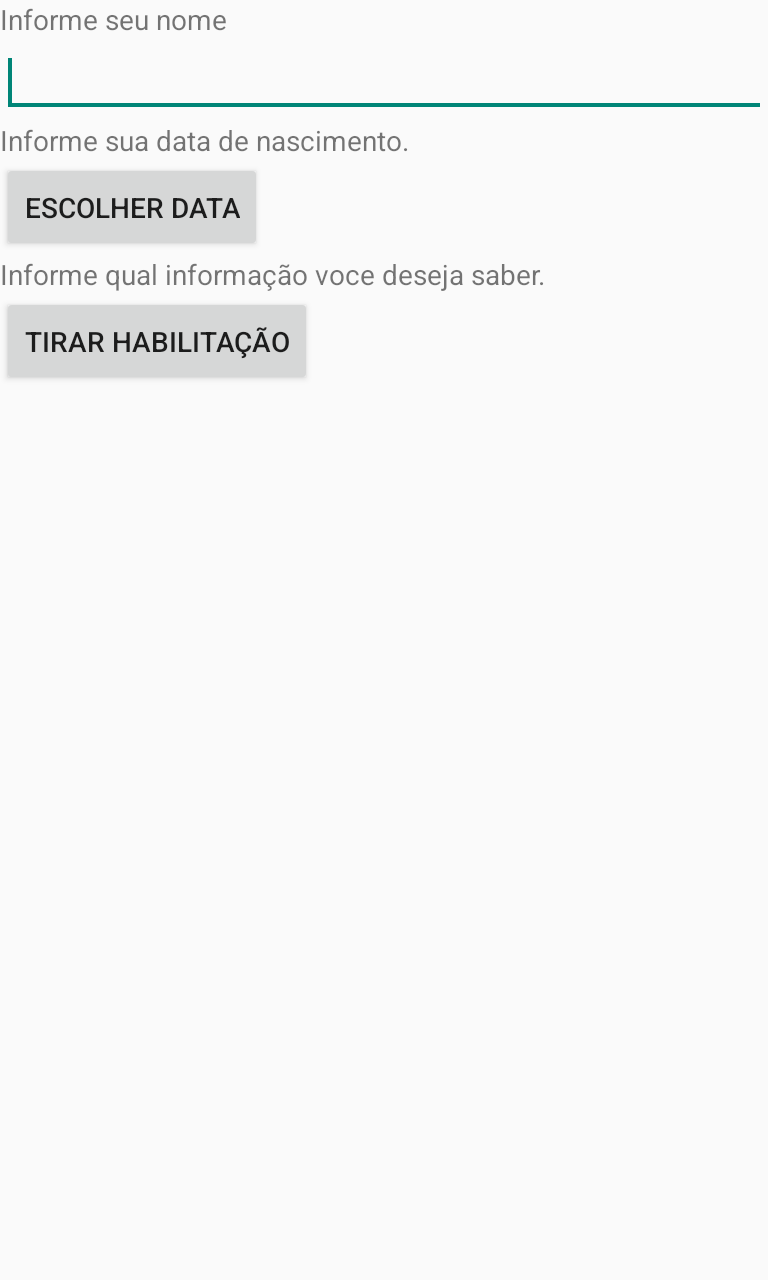
Repository: willianjean/androidProject
Layout: Exercicio3/res/layout/activity_main.xml
An editor plug-in stored every save of this project. The layout is shown before and after the next save, followed by the edit.
It is drawn on a 768 x 1280 px phone screen (xhdpi) without system bars, with theme AppTheme; the app's code is not run.

Above is the layout before, as saved 2014-07-24 16:27:55.

After the next save:
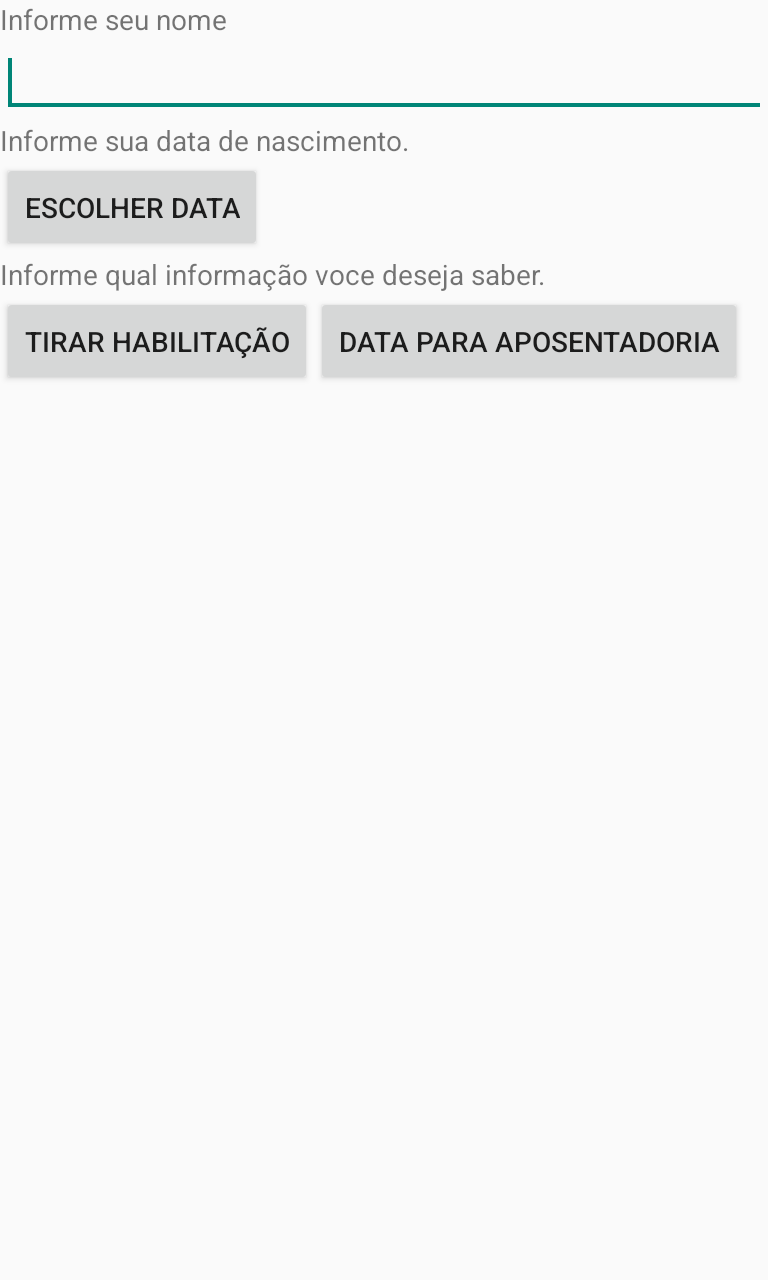
Saved 51 min 27 s later.
--- a/Exercicio3/res/layout/activity_main.xml
+++ b/Exercicio3/res/layout/activity_main.xml
@@ -40,10 +40,22 @@
         android:layout_height="wrap_content"
         android:text="Informe qual informação voce deseja saber." />
 
-    <Button
-        android:id="@+id/enviarHabilitacao"
-        android:layout_width="wrap_content"
-        android:layout_height="wrap_content"
-        android:text="Tirar habilitação" />
+    <LinearLayout
+        android:layout_width="match_parent"
+        android:layout_height="wrap_content" >
+
+        <Button
+            android:id="@+id/enviarHabilitacao"
+            android:layout_width="wrap_content"
+            android:layout_height="wrap_content"
+            android:text="Tirar habilitação" />
+
+        <Button
+            android:id="@+id/button1"
+            android:layout_width="wrap_content"
+            android:layout_height="wrap_content"
+            android:text="Data para aposentadoria" />
+
+    </LinearLayout>
 
 </LinearLayout>
